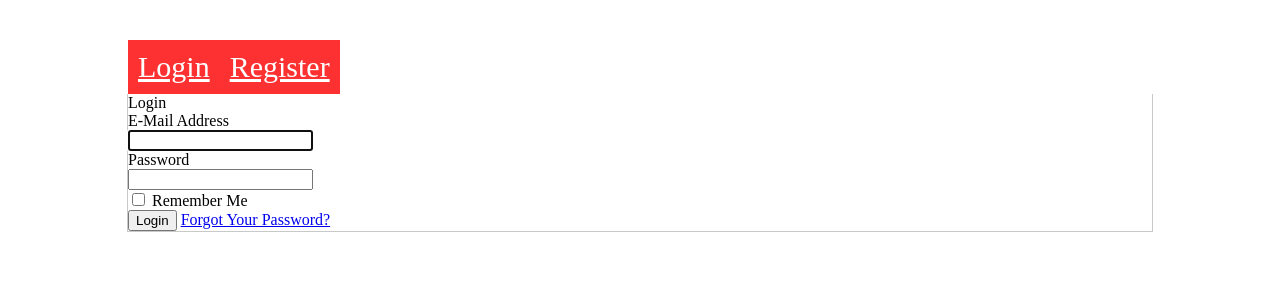
Repository: PatryxB/bikeService
Page: http://localhost/login
An editor plug-in stored every save of this project. The page is shown before and after the next save, followed by the edit.
The browser window is 1280 px wide. The pictures show the whole page.
The page is served by the project's Laravel application, run on PHP 8.4 with Laravel 8. Other server files are loaded and not shown. Style sheets and scripts are compiled from the project's sources, by tool versions that may differ from the author's.

Above is the page before, as saved 2020-05-01 13:57:38.

### resources/views/layouts/app.blade.php
<!doctype html>
<html lang="{{ str_replace('_', '-', app()->getLocale()) }}">
<head>
    <meta charset="utf-8">
    <meta name="viewport" content="width=device-width, initial-scale=1">

    <!-- CSRF Token -->
    <meta name="csrf-token" content="{{ csrf_token() }}">

    <title>{{ config('app.name', 'Laravel') }}</title>

    <!-- Scripts -->
    <script src="{{ asset('js/app.js') }}" defer></script>

    <!-- Fonts -->
    <link rel="dns-prefetch" href="//fonts.gstatic.com">
    <link href="https://fonts.googleapis.com/css?family=Nunito" rel="stylesheet">

    <!-- Styles -->
    <link href="{{ asset('css/app.css') }}" rel="stylesheet">
</head>
<body>
    <div id="app">
        <nav>
            @if (Route::has('login'))
                @auth
                    <a href="{{ url('/home') }}">Home</a>
                @else
                    <a href="{{ route('login') }}">Login</a>

                    @if (Route::has('register'))
                        <a href="{{ route('register') }}">Register</a>
                    @endif
                @endauth
            @endif

        </nav>
        <main>
            @yield('content')
        </main>
    </div>
</body>
</html>

### resources/sass/app.scss
html, body{
    box-sizing: border-box;
    margin: 0;
    padding: 0;
}
nav{
    width: 80%;
    margin: 0 auto;
    margin-top: 40px;
    display: flex;
}
nav a{
    color: white;
    font-size: 30px;
    background-color: rgb(253, 49, 49);
    padding: 10px;
    margin: 0;
    list-style: none;
}
.container{
    width: 80%;
    margin: 0 auto;
    border: solid 1px rgba(165, 165, 165, .6);
    border-top: none;
}
.banner img{
    width: 100%;
    height: 50vh;
}

Loaded but not shown: routes/web.php (common file); app/Http/Controllers/Auth/LoginController.php (common file); app/Http/Controllers/Controller.php (common file); app/Http/Controllers/Auth/ConfirmPasswordController.php (common file); resources/views/auth/login.blade.php (common file)

After the next save:
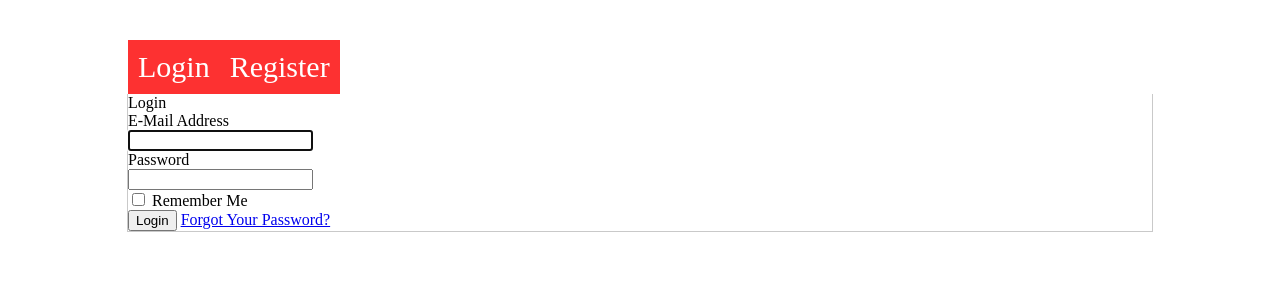
Saved 16 s later.
--- a/resources/sass/app.scss
+++ b/resources/sass/app.scss
@@ -15,7 +15,7 @@ nav a{
     background-color: rgb(253, 49, 49);
     padding: 10px;
     margin: 0;
-    list-style: none;
+    text-decoration: none;
 }
 .container{
     width: 80%;
